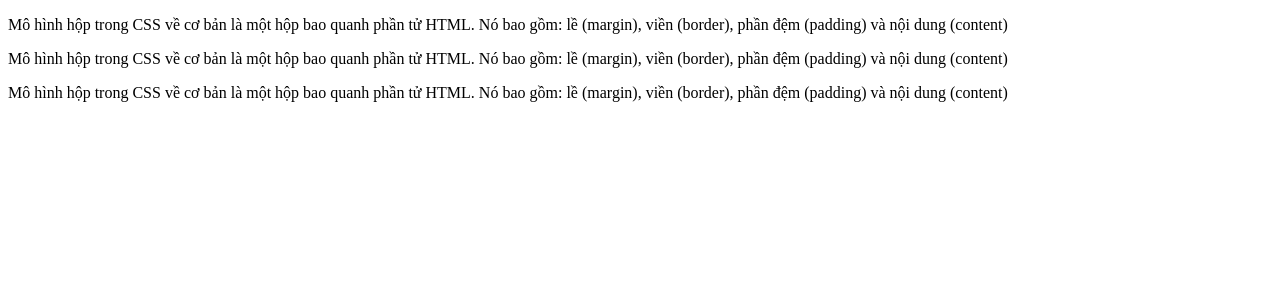
Repository: nguyenhung50497/MD2_cssLayout
Page: TH_suDungBoxModel/index.html
An editor plug-in stored every save of this project. The page is shown before and after the next save, followed by the edit.
The browser window is 1280 px wide. The pictures show the whole page.

Above is the page before, as saved 2022-11-29 09:52:53.

### TH_suDungBoxModel/index.html
<!DOCTYPE html>
<html lang="en">
<head>
    <meta charset="UTF-8">
    <title>Sử dụng Boxmodel</title>

</head>
<body>
<div class="boxmodel">
    <p>Mô hình hộp trong CSS về cơ bản là một hộp bao quanh phần tử HTML.
        Nó bao gồm: lề (margin), viền (border), phần đệm (padding) và nội dung (content)</p>
    <p>Mô hình hộp trong CSS về cơ bản là một hộp bao quanh phần tử HTML.
        Nó bao gồm: lề (margin), viền (border), phần đệm (padding) và nội dung (content)</p>
    <p>Mô hình hộp trong CSS về cơ bản là một hộp bao quanh phần tử HTML.
        Nó bao gồm: lề (margin), viền (border), phần đệm (padding) và nội dung (content)</p>
</div>
</body>
</html>

After the next save:
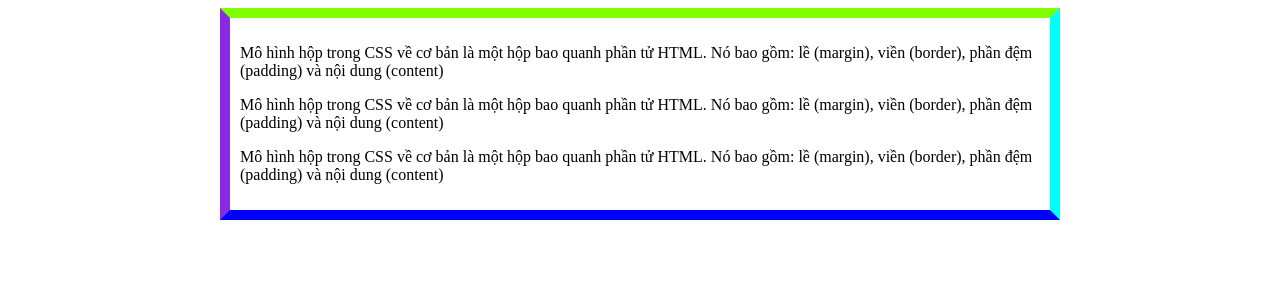
Saved 6 s later.
--- a/TH_suDungBoxModel/index.html
+++ b/TH_suDungBoxModel/index.html
@@ -3,7 +3,16 @@
 <head>
     <meta charset="UTF-8">
     <title>Sử dụng Boxmodel</title>
-
+    <style>
+        .boxmodel{
+            margin: 0 auto;
+            width: 800px;
+            border: 10px;
+            padding: 10px;
+            border-color: chartreuse aqua blue blueviolet;
+            border-style: solid;
+        }
+    </style>
 </head>
 <body>
 <div class="boxmodel">
